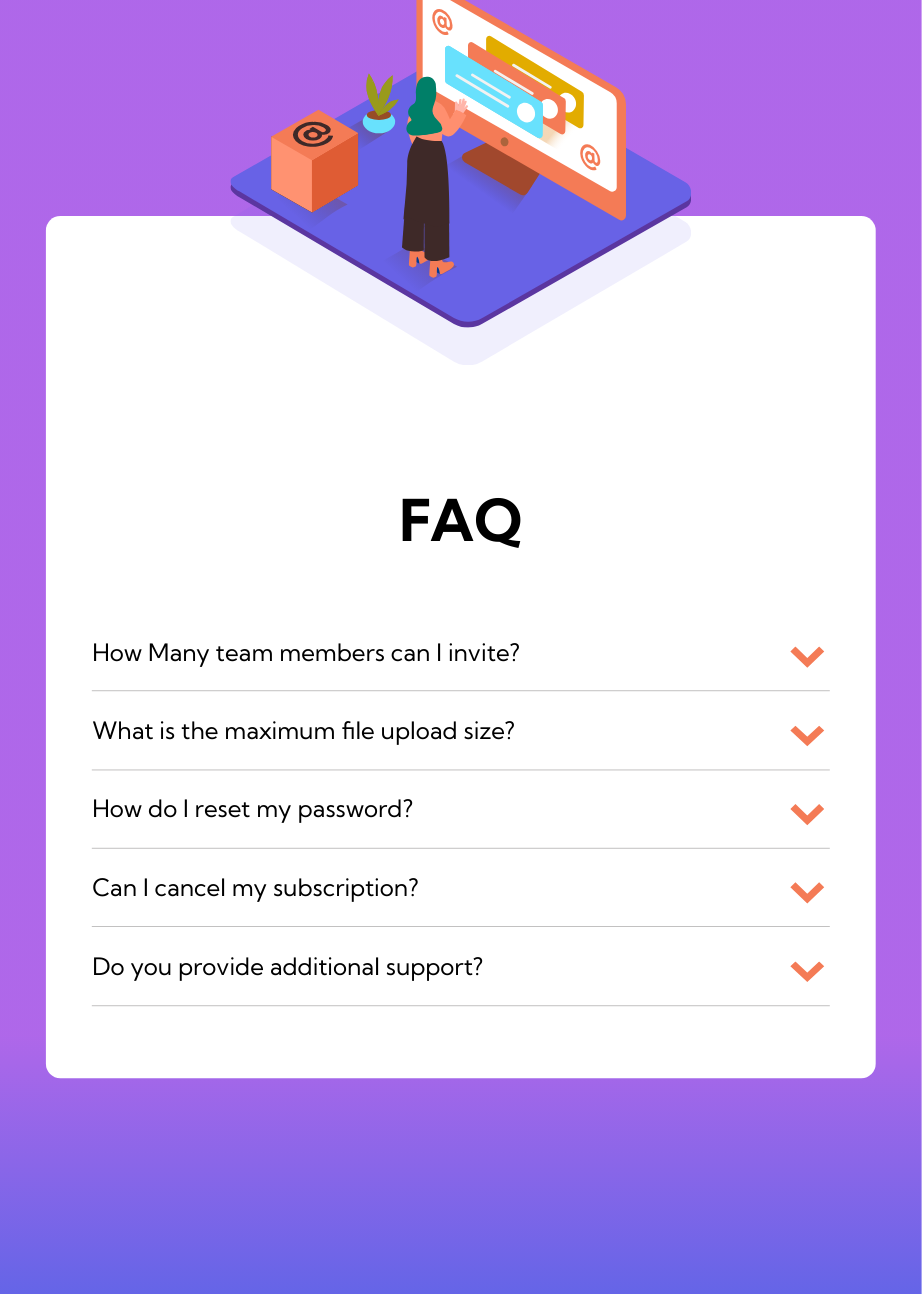
Repository: ryanwilll/ProjetoFAQ
Page: index.html
The author's editor kept a copy of each file at every save. The page is drawn from the files as they stood at one save, then again after a run of saves.
The browser window is 1024 px wide. The pictures show the whole page, at 90% of full size.

Above is the page before, as saved 2022-10-26 19:57:38.

### index.html
<!DOCTYPE html>
<html lang="pt-br">

<head>
  <meta charset="UTF-8">
  <meta name="viewport" content="width=device-width, initial-scale=1.0">
  <!-- displays site properly based on user's device -->
  <link rel="preconnect" href="https://fonts.googleapis.com">
  <link rel="preconnect" href="https://fonts.gstatic.com" crossorigin>
  <link rel="preconnect" href="https://fonts.googleapis.com">
  <link rel="preconnect" href="https://fonts.gstatic.com" crossorigin>
  <link href="https://fonts.googleapis.com/css2?family=Kumbh+Sans:wght@400;700&display=swap" rel="stylesheet">
  <link rel="icon" type="image/png" sizes="32x32" href="./images/favicon-32x32.png">
  <link rel="stylesheet" href="./css/style.css">
  <link rel="stylesheet" href="./css/allmedia.css">
  <title>Frontend Mentor | FAQ Accordion Card</title>

  <!-- Feel free to remove these styles or customise in your own stylesheet 👍 -->
</head>

<body>

  <main class="container">
    <div class="card-white">
      <div class="imgs">
        <img class="img-principal" src="./images/illustration-woman-online-mobile.svg" alt="Ilustração Mobile">
        <img class="sombra-img-principal" src="./images/bg-pattern-mobile.svg" alt="Sombreamento da Imagem">
      </div>
      <h1 class="FAQ">FAQ</h1>
      <div class="faq-menu">

        <div class="text">
          <button class="button-answer">
            <div class="question"> How Many team members can I invite?<img class="seta"
                src="./images/icon-arrow-down.svg" alt="Seta para baixo"></div>

          </button>
          <p class="answer"> You can invite up to 2 additional users on the Free plan. There is no limit on team
            members
            for the Premium
            plan.</p>
        </div>
        <div class="text">
          <button class="button-answer">
            <div class="question"> What is the maximum file upload size?<img class="seta"
                src="./images/icon-arrow-down.svg" alt="Seta para baixo"></div>

          </button>
          <p class="answer"> No more than 2GB. All files in your account must fit your allotted storage space.</p>
        </div>
        <div class="text">
          <button class="button-answer">
            <div class="question"> How do I reset my password?<img class="seta" src="./images/icon-arrow-down.svg"
                alt="Seta para baixo"></div>

          </button>
          <p class="answer"> Click “Forgot password” from the login page or “Change password” from your profile page.
            A reset link will be emailed to you.</p>
        </div>
        <div class="text">
          <button class="button-answer">
            <div class="question"> Can I cancel my subscription?<img class="seta" src="./images/icon-arrow-down.svg"
                alt="Seta para baixo"></div>

          </button>
          <p class="answer"> Yes! Send us a message and we’ll process your request no questions asked.</p>
        </div>
        <div class="text">
          <button class="button-answer">
            <div class="question"> Do you provide additional support?<img class="seta"
                src="./images/icon-arrow-down.svg" alt="Seta para baixo"></div>

          </button>
          <p class="answer"> You can invite up to 2 additional users on the Free plan. There is no limit on team
            members
            for the Premium
            plan.</p>
        </div>
      </div>

    </div>
  </main>
  <script src="./src/index.js"></script>
</body>

</html>

### css/style.css
@charset "UTF-8";

/*Versão Mobile First*/
* {
  font-family: "Kumbh Sans", sans-serif;
  margin: 0px;
  padding: 0px;
  box-sizing: border-box;
}

body {
  background: linear-gradient(hsl(273, 75%, 66%) 80%, hsl(240, 73%, 65%));
  background: linear-gradient(hsl(273, 75%, 66%) 80%, hsl(240, 73%, 65%));
  background-repeat: no-repeat;
  position: relative;
  height: 100vh;
  width: 100vw;
}

.card-white {
  background-color: white;
  width: 90vw;
  max-height: 100vh;
  margin: 10em auto;
  border-radius: 1em;
  padding-bottom: 5em;
}

.card-white .imgs {
  position: relative;
  width: 50vw;
  margin: auto;
  top: -5.5em;
  z-index: 1;
}

.card-white .imgs .sombra-img-principal {
  position: relative;
  width: 50vw;
  margin: auto;
  top: -4.5em;
  z-index: -1;
}
.card-white .FAQ {
  font-size: 2.5em;
  text-align: center;
  font-weight: 600;
  margin: -3em 0em 1em;
}

.card-white button {
  border-style: none;
  text-align: left;
  background-color: transparent;
  transition: color ease-in-out 0.2s;
  justify-content: space-between;
  width: 70%;
}
.card-white button img {
  position: relative;
  right: 4em;
  float: right;
  bottom: -0.4em;
}

.card-white button:hover {
  color: orange;
}

.card-white .faq-menu .text .question {
  width: 90vw;
  margin: 1em 0em;
}

.card-white .answer {
  visibility: hidden;
  height: 0;
  transition: height 0.5s ease;
}
.card-white .faq-menu .text {
  border-bottom: 1px solid rgb(187, 186, 186);
  width: 80vw;
  margin: auto;
}

.card-white .faq-menu .text.active .question {
  font-weight: bold;
}

.card-white .faq-menu .text.active .answer {
  visibility: visible;
  height: 2.4em;
  margin: 0.5em 0em;
  width: 75vw;
  font-size: 0.7em;
  margin-bottom: 2em;
  animation: fade 1s ease-in-out;
}

.card-white .faq-menu .text.active .seta {
  transform: rotate(180deg);
}
.seta {
  transition: transform 0.5s ease-in;
}

@keyframes fade {
  from {
    opacity: 0;
    transform: translateY(-10px);
  }
  to {
    opacity: 1;
    transform: translateY(0px);
  }
}

### css/allmedia.css
@media screen and (min-width: 600px) and (max-width: 768px) {
  body {
    background: linear-gradient(hsl(273, 75%, 66%) 80%, hsl(240, 73%, 65%));
    background: linear-gradient(hsl(273, 75%, 66%) 80%, hsl(240, 73%, 65%));
    background-repeat: no-repeat;
    position: relative;
    height: 100%;
    width: 100%;
  }
  .card-white {
    max-height: 100%;
    margin: 13em auto;
    border-radius: 1em;
    padding-bottom: 5em;
  }
  .card-white .imgs {
    top: -10.5em;
  }

  .card-white .imgs .sombra-img-principal {
    top: -7.5em;
  }
  .card-white .FAQ {
    font-size: 3.5em;
    margin: -5em 0em 1em;
  }
  .card-white button img {
    width: 1.5em;
    height: 1em;
  }
  .card-white .faq-menu .text .question {
    font-size: 2em;
  }
  .card-white .faq-menu .text.active .answer {
    font-size: 1.5em;
  }
}

@media screen and (min-width: 769px) and (max-width: 992px) {
  body {
    background: linear-gradient(hsl(273, 75%, 66%) 80%, hsl(240, 73%, 65%));
    background: linear-gradient(hsl(273, 75%, 66%) 80%, hsl(240, 73%, 65%));
    background-repeat: no-repeat;
    position: relative;
    height: 100%;
    width: 100%;
  }
  .card-white {
    max-height: 100%;
    margin: 15em auto;
    border-radius: 1em;
    padding-bottom: 5em;
  }
  .card-white .imgs {
    top: -13.5em;
  }

  .card-white .imgs .sombra-img-principal {
    top: -9.5em;
  }
  .card-white .FAQ {
    font-size: 4em;
    margin: -5em 0em 1em;
  }
  .card-white button img {
    width: 1.5em;
    height: 1em;
  }
  .card-white .faq-menu .text .question {
    font-size: 2em;
  }
  .card-white .faq-menu .text.active .answer {
    font-size: 1.5em;
  }
}

@media screen and (min-width: 993px) and (max-width: 1200px) {
  body {
    background: linear-gradient(hsl(273, 75%, 66%) 80%, hsl(240, 73%, 65%));
    background: linear-gradient(hsl(273, 75%, 66%) 80%, hsl(240, 73%, 65%));
    background-repeat: no-repeat;
    position: relative;
    height: 100%;
    width: 100%;
  }
  .card-white {
    max-height: 100%;
    margin: 15em auto;
    border-radius: 1em;
    padding-bottom: 5em;
  }
  .card-white .imgs {
    top: -16.5em;
  }

  .card-white .imgs .sombra-img-principal {
    top: -11.5em;
  }
  .card-white .FAQ {
    font-size: 4em;
    margin: -5em 0em 1em;
  }
  .card-white button img {
    width: 1.5em;
    height: 1em;
  }
  .card-white .faq-menu .text .question {
    font-size: 2em;
  }
  .card-white .faq-menu .text.active .answer {
    font-size: 1.5em;
  }
}

@media screen and (min-width: 1200px) {
}

### src/index.js
const faqs = document.querySelectorAll(".text");

faqs.forEach((faq) => {
  faq.addEventListener("click", () => {
    faq.classList.toggle("active");
  });
});

After the next 3 saves:
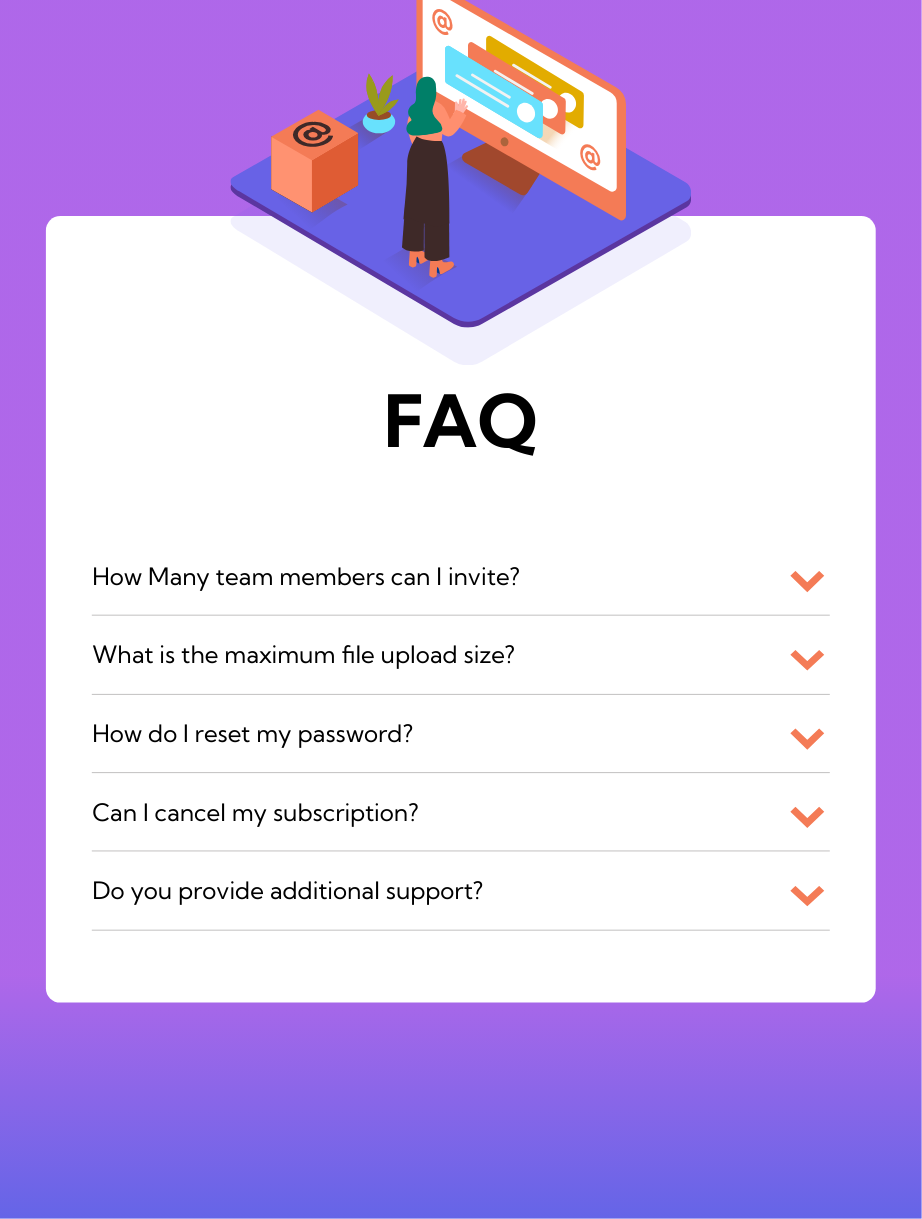
The 3 saves are shown as one change because they came seconds apart.
The last was saved 11 s later.
--- a/css/allmedia.css
+++ b/css/allmedia.css
@@ -97,8 +97,8 @@
     top: -11.5em;
   }
   .card-white .FAQ {
-    font-size: 4em;
-    margin: -5em 0em 1em;
+    font-size: 5em;
+    margin: -5.5em 0em 1em;
   }
   .card-white button img {
     width: 1.5em;
